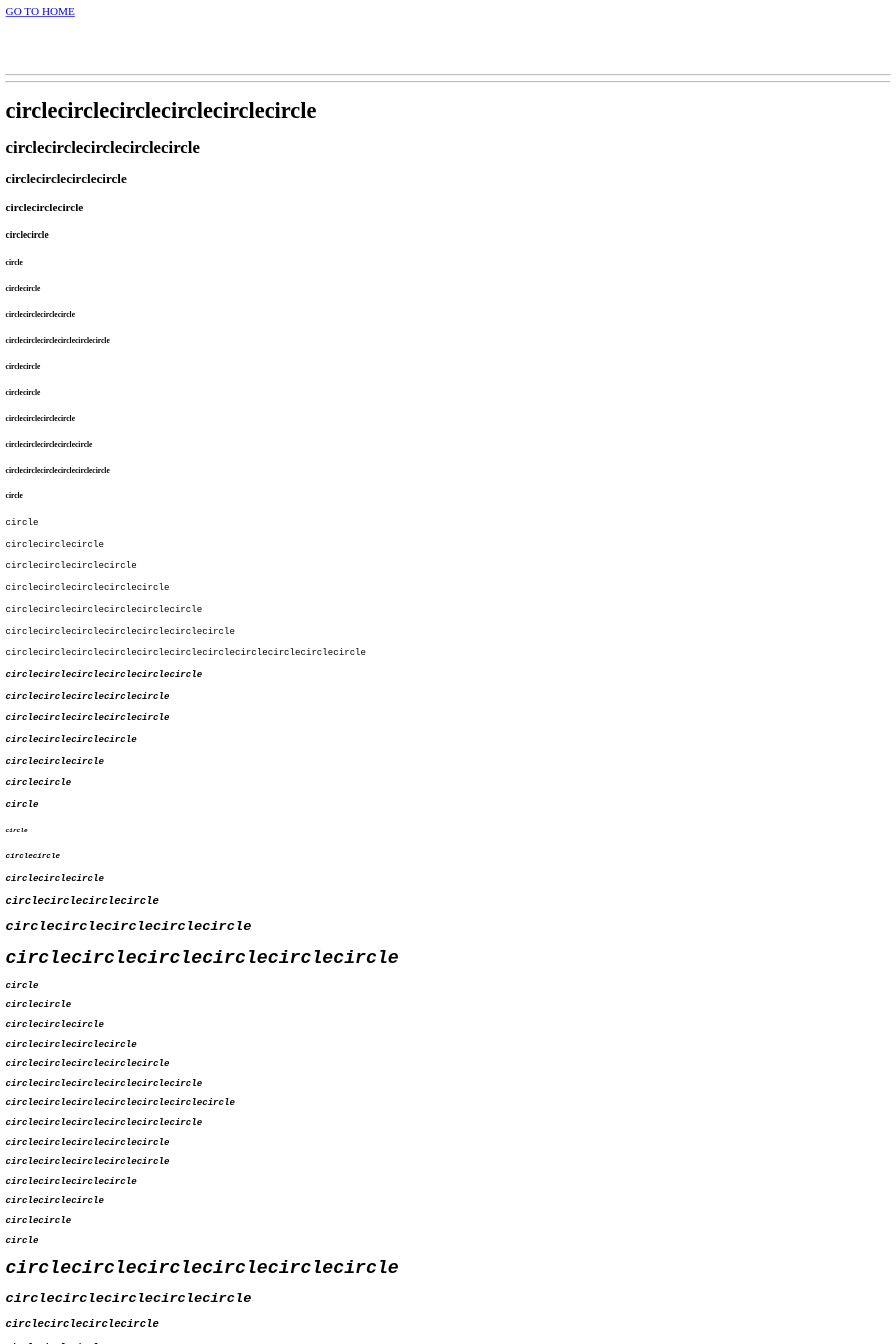
Repository: parkh899/parkh899.github.io
Page: lab/composition.html
The author's editor kept a record of every edit. The page is drawn from the files as they stood at one moment, then again after the next edit.
The browser window is 1280 px wide. The pictures show the part of the page from y = 0 to 1920 px (the page is 3248 px tall before and 3176 px after), at 70% of full size.

Above is the page before.

After the next edit:
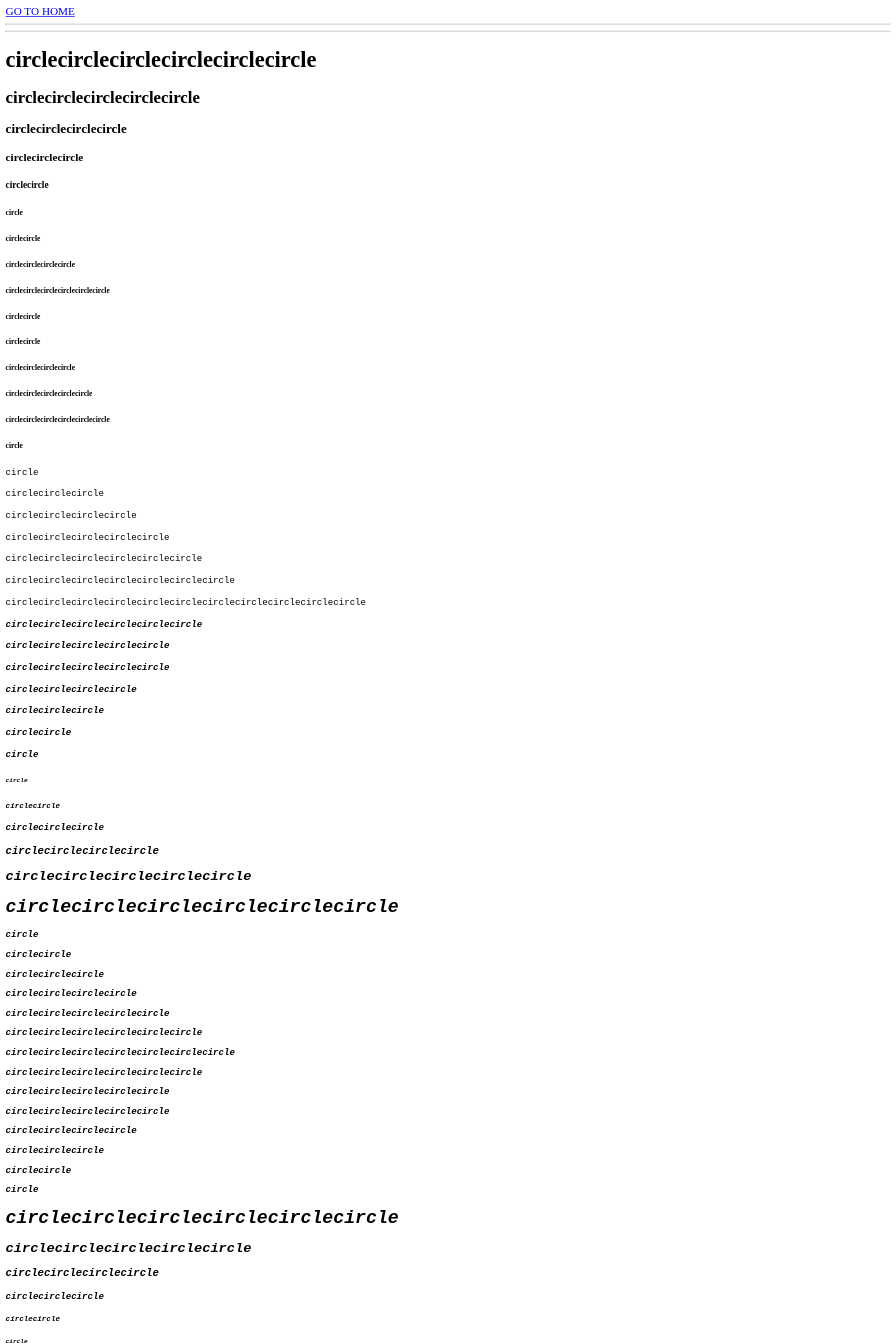
The edit:
--- a/lab/composition.html
+++ b/lab/composition.html
@@ -4,10 +4,6 @@
 
 <a href = "../index.html">GO TO HOME</a>
 
-    <br>
-    <br>
-    <br>
-    <br>
     <br>
     <hr>
     <hr>
